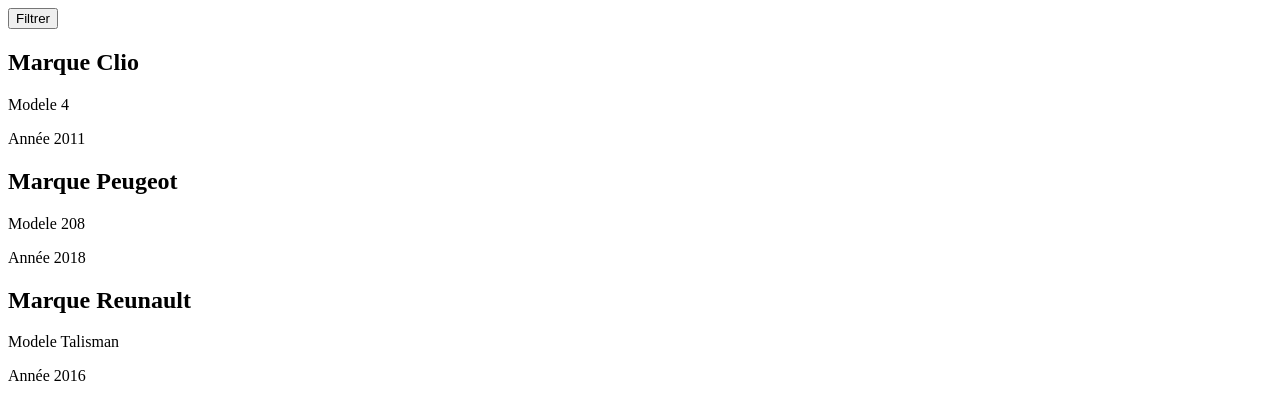
Repository: Coumba25040/coumbaProjet
Page: exoGPT/index.html
The author's editor kept a copy of each file at every save. The page is drawn from the files as they stood at one save, then again after the next save.
The browser window is 1280 px wide. The pictures show the whole page.

Above is the page before, as saved 2025-06-23 09:20:23.
Console error: TypeError: Cannot read properties of null (reading 'addEventListener')

### exoGPT/index.html
<!DOCTYPE html>
<html lang="en">
<head>
    <meta charset="UTF-8">
    <meta name="viewport" content="width=device-width, initial-scale=1.0">
    <title>Document</title>
</head>
<body>
    <button>Filtrer</button>
    <div id="container-voiture"></div>

    <script src="main.js"></script>
</body>
</html>

### exoGPT/main.js

let trier = document.getElementById("trier")


let voitures = [

    {marque: "Clio", modele: "4", annee: 2011},
    {marque: "Peugeot", modele: "208", annee: 2018},
    {marque: "Reunault", modele: "Talisman", annee: 2016}

]
let containerVoiture = document.getElementById("container-voiture")

function afficherVoiture(){
    containerVoiture.innerHTML = ''

    voitures.forEach(({marque, modele, annee}) => {

        containerVoiture.innerHTML += `
        <div class='voiture'>
            <h2>Marque ${marque}</h2>
            <p>Modele ${modele}</p>
            <p>Année ${annee}</p>
        </div>`
    });
}

afficherVoiture()


trier.addEventListener("change", (e) => {
  const sens = e.target.value

   if(sens === "asc"){
    voitures.sort((a, b) => a.annee - b.annee)
   }else if(sens === "desc"){
    voitures.sort((a, b) => b.annee - a.annee)
   }

   afficherVoiture()
})

After the next save:
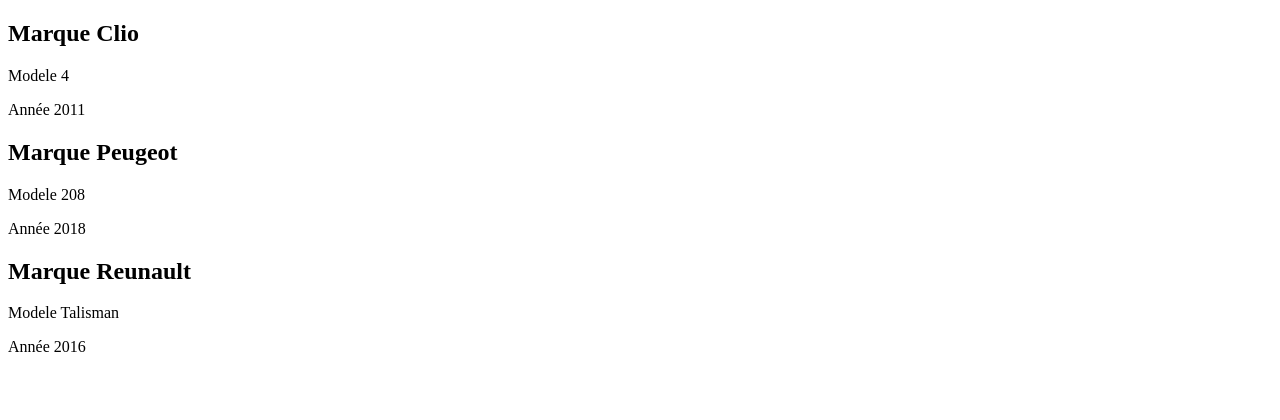
Saved 6 min 20 s later.
--- a/exoGPT/index.html
+++ b/exoGPT/index.html
@@ -6,7 +6,7 @@
     <title>Document</title>
 </head>
 <body>
-    <button>Filtrer</button>
+    <label for=""></label>
     <div id="container-voiture"></div>
 
     <script src="main.js"></script>
